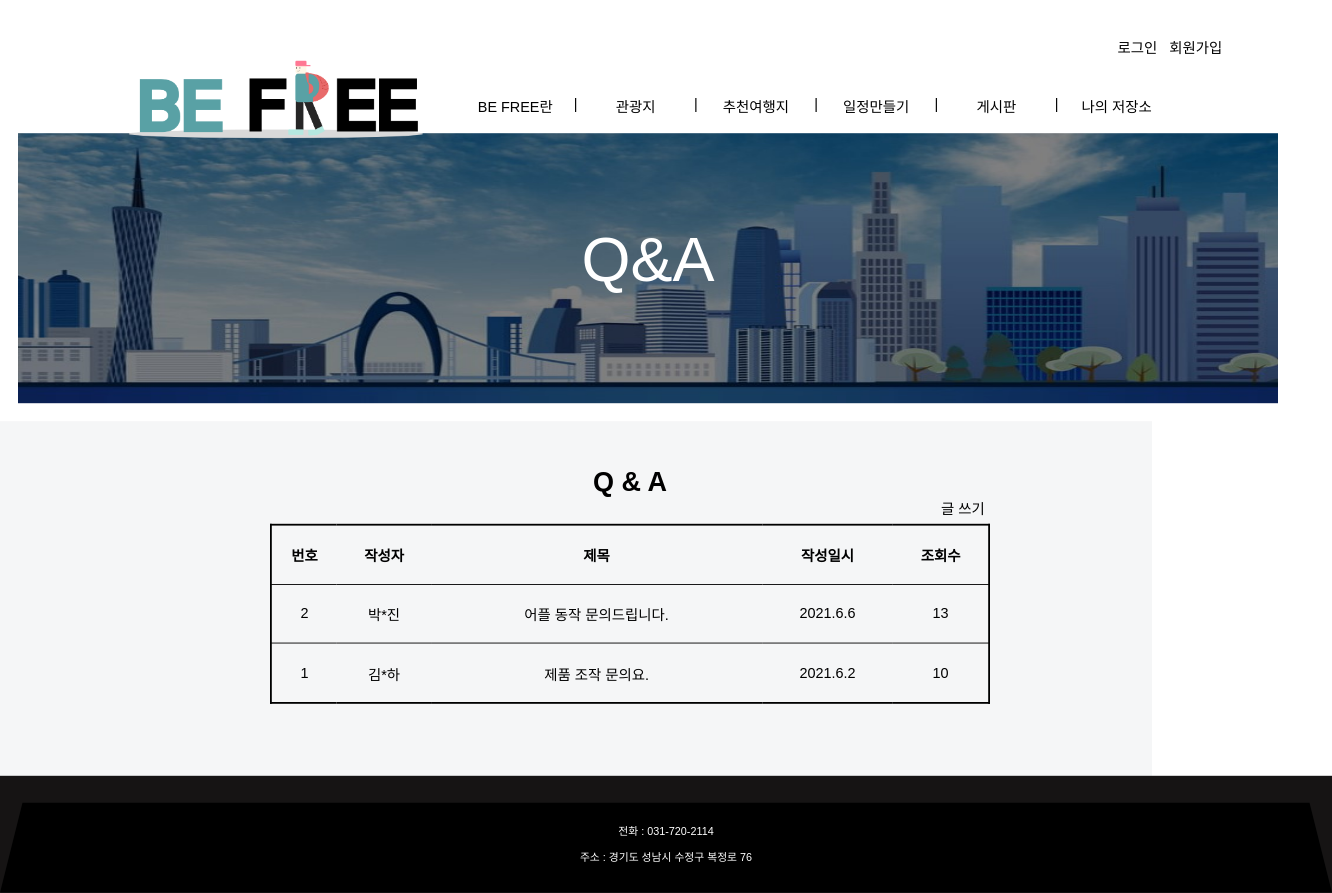
Repository: 1912087/Klavier_Piano
Page: http://localhost/notice/Q&A.jsp
An editor plug-in stored every save of this project. The page is shown before and after the next save, followed by the edit.
The browser window is 1280 px wide. The page is 1480 px wide, then 1450 px, so the pictures cover 1480 px, including what lies to the right of the window. The pictures show the whole page, at 90% of full size.
Backgrounds fixed to the window are drawn as part of the page. Some web fonts or font styles are not loaded; a fallback is used. The page is served by Tomcat 9. Other server files are loaded and not shown.

Above is the page before, as saved 2021-11-09 14:34:20.

### Notice/notice/WebContent/Q&A.jsp
<%@ page language="java" contentType="text/html; charset=UTF-8"
    pageEncoding="UTF-8"%>
<!DOCTYPE html>
<html>
    <head>
        <meta charset="UTF-8">
        <link rel="preconnect" href="https://fonts.googleapis.com">
        <link rel="preconnect" href="https://fonts.gstatic.com" crossorigin>
        <link href="https://fonts.googleapis.com/css2?family=Gowun+Dodum&display=swap" rel="stylesheet">
        <link rel="preconnect" href="https://fonts.googleapis.com">
        <link rel="preconnect" href="https://fonts.gstatic.com" crossorigin>
        <link href="https://fonts.googleapis.com/css2?family=Black+Han+Sans&display=swap" rel="stylesheet">
    	<link href="${pageContext.request.contextPath}/css/qa_design.css" rel="stylesheet" type="text/css">
        <title>BE FREE</title>
    </head>
    <body>
        	<%
        		// 메인 페이지로 이동했을 때 세션에 값이 담겨있는지 체크
				String userID = null;
				if(session.getAttribute("userID") != null){
					userID = (String)session.getAttribute("userID");
				}
			%>
        <div class="all">
            <div class="main">
                <header>
                    <div class="name">
                    </div>
					<%
						// 로그인 하지 않았을 때 보여지는 화면
						if(userID == null){
					%>
                            <ul class="login">
                                <li><a href="login.jsp">로그인</a></li> &nbsp;
                                <li><a href="clause.jsp">회원가입</a></li>
                            </ul>
                    <%
						// 로그인이 되어 있는 상태에서 보여주는 화면
						}else{
					%>
                            <ul class="login">
                                <li><a href="logoutAction.jsp">로그아웃</a></li> &nbsp;
                                <li><a href="main.jsp">회원관리</a></li>
                            </ul>

                    <%
						}
					%>

                    <nav>
                        <div class="title_menu">
                            <a href="main.jsp"><img class="logo" src="images/BE_FREE.png"></a>
                            <ul id="main-menu">
                                <li><a href="회사소개.html">BE FREE란</a></li>
                                <li><a href="#">관광지</a></li>
                                <li><a href="#">추천여행지</a>
                                    <ul id="sub-menu">
                                        <li><a href="문의하기.html">추천여행지</a></li>
                                        <li><a href="공지사항.html">추천여행일정</a></li>
                                    </ul>
                                </li>
                                <li><a href="#">일정만들기</a></li>
                                <li><a href="#">게시판</a>
                                    <ul id="sub-menu">
                                        <li><a href="공지사항.html">공지사항</a></li>
                                        <li><a href="Q&A.jsp">Q&A</a></li>
                                    </ul>
                                </li>
                                <li><a href="#">나의 저장소</a>
                                    <ul id="sub-menu">
                                        <li><a href="나의찜목록.html">나의 찜 목록</a></li>
                                        <li><a href="나의여행일정.html">나의 여행 일정</a></li>
                                    </ul>
                                </li>
                            </ul>
                        </div>
                    </nav>
                    <div class="hd">
                        <div class="ment">
                          Q&A
                        </div>
                    </div>
                </header>
            </div>

            <div class="se">
                <section>
                    <div class="item_list">
                        <p class="QA">Q & A</p>
                            <div class="w">
                                <a href="write.jsp">글 쓰기</a>
                            </div>
                            <table>
                                <tr><th>번호</th><th>작성자</th><th>제목</th><th>작성일시</th><th>조회수</th></tr>
                                <tr><td>2</td><td>박*진</td><td><a href="#.html">어플 동작 문의드립니다.</a></td><td>2021.6.6</td><td>13</td></tr>
                                <tr><td>1</td><td>김*하</td><td><a href="#.html">제품 조작 문의요.</a></td><td>2021.6.2</td><td>10</td></tr>
                            </table>
                        </div>
                </section>

	            <footer>
	                <p style="padding: 25px 0px 0px 0px;">전화 : 031-720-2114</p>
	                <p>주소 : 경기도 성남시 수정구 복정로 76</p>
	            </footer>
            </div>

            </div>



    </body>
</html>

### Notice/notice/WebContent/css/qa_design.css

            body { margin:0 auto; padding:20px 0 0 0; font-family: 'Gowun Dodum', sans-serif;}
            li { display: inline-block; list-style: none; }
            a { text-decoration: none; color:black;}
            header{ display: inline-block; width: 1400px; margin: 0 auto;}
            .hd {
                background-image: url('images/town_2.jpg');
                background-size:over;
                background-size:100% 100%;
                background-attachment: fixed;
                width:1400px;
                height:300px;
                background-repeat: no-repeat;
                margin-top:-20px;
            }
            .main{
                margin: 0 auto;
                padding: 20px;
                text-align: center;
            }
            .logo{
                /*margin-top: 30px;
                display: flex;
                position : relative;*/
                height: 100px;
                /*left: 7%*/
            }
            .login { margin-right: 62px; /*float: right;*/ }
            header ul{ text-align: right; }
            .p {
                height:60px;
                z-index: 1;
                width:1500px;
                margin:0;
                padding:0;
             }
             nav {
                display: flex;
                justify-content: center;
                position: relative;
                /* background: black; */
                margin: 0 auto;
                /* width: 95%; */
                /* position: absolute; */
                /* left: 10%;*/
            }
            ul, li {
                margin: 0;
                padding: 0;
                list-style: none;
                text-decoration: none;
            }

            nav > ul > li{
                width: 130px;
            }
            .se{
                background-color: white;
                /*position: absolute;
                top: 733px;
                left: 4%;*/
	            margin: 0 auto;
            }
            #main-menu{
                /*background: black;*/
                height: 40px;
                /* position: relative; */
                /* top: 50%; */
                justify-content: center;
                margin: 35px 0px 0px 20px;
                float: right;
                width: 810px;
            }
            #main-menu > li > a {
                /*color:white;*/
                text-align: center;
                line-height: 39px;
                padding: 0px 20px 0px 15px;
                text-shadow: 1px 1px 1px white(0, 0, 0, 0.39);
                width: 90px;
                float: right;
            }

            #main-menu > li::before{
                content: "|";
                float: right;
                display: block;
                margin-top: 7.7px;
            }
            #main-menu > li:last-child::before{
                content: "";
            }
            #main-menu > li> .logo{
                width: 120px;
            }

            #sub-menu {
                width:120px;
                position: absolute;
                opacity: 0;
                visibility: hidden;
                background-color: rgba(255, 255, 255, 0.801);
                border-top: 2px solid gold;
                text-align: center;
                top: 74px;
            }

            #sub-menu > li {
                display: block;
                font-size:13px;
                padding: 10px 10px;
            }

            #main-menu > li:hover #sub-menu {
                z-index: 1;
                opacity: 1;
                visibility: visible;
            }
            #sub-menu > li > a:hover { text-decoration:underline; color:gray; }
            .event ul li { list-style: none; display: inline-block; }
            section div img { width: 100%; }
            .ment {
                margin :0 auto;
                float:left;
                width:100%;
                font-size:100px;
                text-align: center;
                margin-top:100px;
                color:rgb(255, 255, 255);
                font-size: 70px;
            }
            section{width:1400px;margin:0 auto; padding-top:50px;}
            .a1{ text-align: center; font-weight: bold; font-size:30px;}
           /*.a2{background-color:gray; color:white; border-bottom: 2px solid black; padding:5px; margin-top:10px;}*/
            footer{
                clear:both;
                margin:0;
                /*background-color: rgb(22, 20, 20);*/
                color:white;
                text-align: center;
                /*padding:15px;*/
                font-size: 12px;
                position: relative;
                width: 1400px;
                bottom: 0;
                left: 0;
                border-bottom: 100px solid black;
				border-right: 25px solid transparent;
				border-left: 25px solid transparent;
				height: 0px;
            }
            .wrap {position: absolute;left: 0;bottom: 40px;width: 288px;height: 132px;margin-left: -144px;text-align: left;overflow: hidden;font-size: 12px;font-family: 'Malgun Gothic', dotum, '돋움', sans-serif;line-height: 1.5;}
            .wrap * {padding: 0;margin: 0;}
            .wrap .info {width: 286px;height: 120px;border-radius: 5px;border-bottom: 2px solid #ccc;border-right: 1px solid #ccc;overflow: hidden;background: #fff;}
            .wrap .info:nth-child(1) {border: 0;box-shadow: 0px 1px 2px #888;}
            .info .title {padding: 5px 0 0 10px;height: 30px;background: rgb(17, 38, 141);border-bottom: 1px solid #ddd;font-size: 18px;font-weight: bold; color: #fff;}
            .info .close {position: absolute;top: 10px;right: 10px;color: rgb(255, 255, 255);width: 17px;height: 17px;background: url('https://t1.daumcdn.net/localimg/localimages/07/mapapidoc/overlay_close.png');}
            .info .close:hover {cursor: pointer;}
            .info .body {position: relative;overflow: hidden;}
            .info .desc {position: relative;margin: 13px 0 0 90px;height: 75px;}
            .desc .ellipsis {overflow: hidden;text-overflow: ellipsis;white-space: nowrap;}
            .desc .jibun {font-size: 11px;color: #888;margin-top: -2px;}
            .info .img {position: absolute;top: 6px;left: 5px;width: 73px;height: 71px;border: 1px solid #ddd;color: #888;overflow: hidden;}
            .info:after {content: '';position: absolute;margin-left: -12px;left: 50%;bottom: 0;width: 22px;height: 12px;background: url('https://t1.daumcdn.net/localimg/localimages/07/mapapidoc/vertex_white.png')}
            .info .link {color: #5085BB;}
            footer{
                clear:both;
                margin:0 auto;
                background-color: rgb(22, 20, 20);
                color:white;
                text-align: center;
                padding:15px;
                font-size: 12px;
                margin-top: 80px;
            }
            .item_list{
                text-align: center;
                width: 940px;
                margin: 0 auto;
            }
            .recommend_plan{
                display: inline-block;
                /*text-align: center;*/
                margin: 0px;
            }
            .item_section{
                float: left;
                /*width: 300px;
                box-shadow: 5px 5px 5px gray;
                border: 1px solid rgb(184, 184, 184);
                border-radius: 5px;*/
                margin: 10px;
            }
            .item_btm_like{
                text-align: right;
                padding: 10px 20px 10px 10px;
                border-top: 1px solid rgb(184, 184, 184);
            }
            .item_title{
                font-size: 20px;
                margin: 0px 0px 0px 0px;
            }
            .item_plan{
                margin: 0px 0px 16px 0px;
                clear: left;
                text-align: left;
            }
            .item_img{
                margin: 20px;
                width: 200px;
            }

            .item_list2{
                width: 1400px;
                text-align: center;
                margin-top: 70px;
            }
            .table_travle{
                margin-left: auto;
                margin-right: auto;
            }
            .travle{
                /*border: 1px solid gray;*/
                padding-right: 60px;
            }
            .item_section2{
                float: left;
                /*width: 240px;*/
                /*box-shadow: 5px 5px 5px gray;*/
                border: 1px solid rgb(184, 184, 184);
                border-radius: 5px;
                margin: 10px;
            }
            .item_section3{
                float: left;
                /*width: 240px;*/
                /*box-shadow: 5px 5px 5px gray;
                border: 1px solid rgb(184, 184, 184);
                border-radius: 5px;*/
                margin: 10px;
            }
            .item_title2{
                margin: 0px 0px 20px 0px;
                font-size: 20px;
            }
            .item_btm_like2{
                text-align: right;
                padding: 10px 20px 10px 10px;
                border-top: 1px solid rgb(184, 184, 184);
            }
            .hash{
                /*width: 250px;*/
                padding: 20px;
                /*border: 1px solid rgb(240, 240, 240);
                border-radius: 150px;
                background-color: rgb(240, 240, 240);*/
            }
            .item_top_jeju{
                margin-top: 45px;
            }
            .item_title{
                font-size: 40px;
                font-weight: bold;
                font-family: 'Black Han Sans', sans-serif;
                color: rgb(255, 255, 255);
                -webkit-text-stroke-width: 0.5px;
                -webkit-text-stroke-color: rgb(0, 0, 0);
                float: left;
            }
            .item_sub{
                font-size: 40px;
                font-family: 'Black Han Sans', sans-serif;
                color: black;
                -webkit-text-stroke-width: 0px;
                margin: 0px 0px 0px 12px;
                float: left;
            }
            .back{
                background: linear-gradient(to right, #0052d4,#4364f7,#6fb1fc);
                height: 44px;
                padding: 5px;
            }
            .logo_img{
                width: 390px;
                padding: 74px 10px 74px 10px;
            }
            .site_logo{
                font-size: 40px;
                font-family: 'Black Han Sans', sans-serif;
                /*background: linear-gradient(to right top, #0052d4,#4364f7,#6fb1fc);
                color: transparent;
                -webkit-background-clip: text;
                -webkit-text-stroke-width: 0px;*/
                color: black;
                margin: 0px 0px 0px 0px;
            }
            .object_logo{
                font-size: 40px;
                font-family: 'Black Han Sans', sans-serif;
                /*background: linear-gradient(to right top, #0052d4,#4364f7,#6fb1fc);
                color: transparent;
                -webkit-background-clip: text;
                -webkit-text-stroke-width: 0px;*/
                color: black;
                margin: 0px 0px 0px 0px;
            }
            .logo_img3{
                width: 350px;
            }
            .item_list3{
                width: 1400px;
                text-align: center;
                margin-top: 70px;
            }
            .table_site{
                margin-left: auto;
                margin-right: auto;
            }
            .a2{
                font-size: 40px;
                font-family: 'Black Han Sans', sans-serif;
                /*background: linear-gradient(to right top, #0052d4,#4364f7,#6fb1fc);
                color: transparent;
                -webkit-background-clip: text;
                -webkit-text-stroke-width: 0px;*/
                color: black;
                margin: 0px 0px 0px 0px;
            }
            table{
                margin:0 auto;
                width:800px;
                height:200px;
                border:2px solid black;
                border-collapse:collapse;
                text-align: center;

            }
            tr td{
                height:15px;
                border-bottom:1px solid black;

            }
            th{
                border-bottom:1px solid black;
                height:15px;
            }
            td a:hover{color:gray; text-decoration:underline;}

            .QA{
                font-size: 30px;
                font-weight: bold;
                margin: 0 0 30px 0;
            }
            .w{
                width:60px;
                height:20px;
                float:right;
                margin:-30px 70px 10px 0;
                text-align: center;
            }
            .w:hover a{color:rgb(0, 5, 54); text-decoration: underline;}
            .w:hover{transform:scale(1.1); }
            .se{background-color: #f5f6f7;}

After the next save:
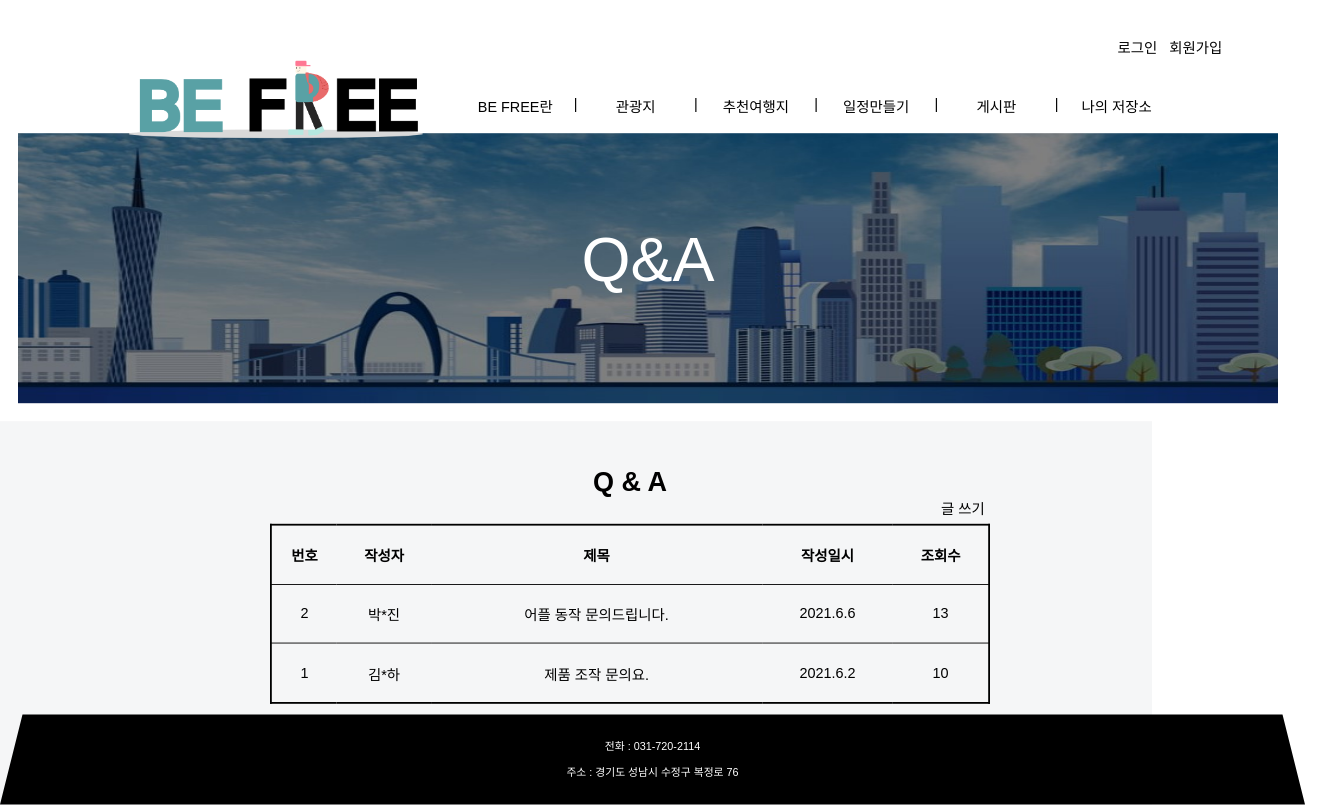
Saved 64 s later.
--- a/Notice/notice/WebContent/css/qa_design.css
+++ b/Notice/notice/WebContent/css/qa_design.css
@@ -163,15 +163,24 @@
             .info .img {position: absolute;top: 6px;left: 5px;width: 73px;height: 71px;border: 1px solid #ddd;color: #888;overflow: hidden;}
             .info:after {content: '';position: absolute;margin-left: -12px;left: 50%;bottom: 0;width: 22px;height: 12px;background: url('https://t1.daumcdn.net/localimg/localimages/07/mapapidoc/vertex_white.png')}
             .info .link {color: #5085BB;}
+
+
             footer{
                 clear:both;
-                margin:0 auto;
-                background-color: rgb(22, 20, 20);
+                margin:0;
+                /*background-color: rgb(22, 20, 20);*/
                 color:white;
                 text-align: center;
-                padding:15px;
+                /*padding:15px;*/
                 font-size: 12px;
-                margin-top: 80px;
+                position: relative;
+                width: 1400px;
+                bottom: 0;
+                left: 0;
+                border-bottom: 100px solid black;
+				border-right: 25px solid transparent;
+				border-left: 25px solid transparent;
+				height: 0px;
             }
             .item_list{
                 text-align: center;
